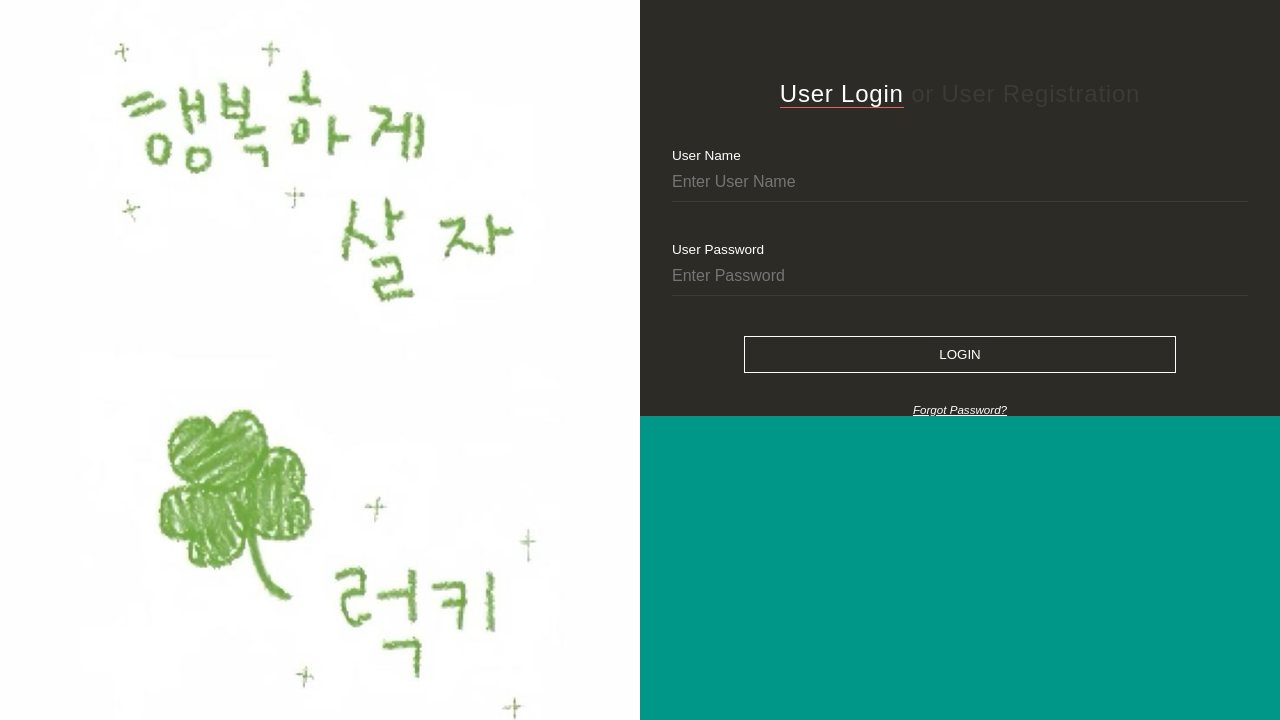
Repository: rwanda95do/bitcamp
Page: FrontProject/src/main/webapp/html/login.html
These files come from the project's save history. The page is drawn as it stood at one moment and after the next save; the edit follows.
The browser window is 1280 px wide. The pictures show the whole page.

Above is the page before, as saved 2024-08-30 08:01:47.

### FrontProject/src/main/webapp/html/login.html
<!DOCTYPE html>
<html lang="en">
<head>
<meta charset="UTF-8">
<meta name="viewport" content="width=device-width, initial-scale=1.0">
<title>Flexbox Layout</title>
<style>
body {
	margin: 0;
	height: 100vh;
	display: flex;
	flex-direction: row;
}

.left, .right {
	flex: 2; /* 두 영역을 동일하게 나눕니다 */
	height: 100%;
}

.left {
	background-color: #f8b400;
	overflow: hidden;
}
.left img{
	width: 100%;
	height: 100%;
	object-fit: cover;

}


.right {
	background-color: #009688;
}

/*--------------*/

:root {
	--highlight: #de6262;
	--darkColor: #2c2b26;
}
html, body {
	width: 100%;
	height: 100%;
	font-family: "Montserrat", sans-serif;
	font-size: 100%;
}
a {
	transition: all 0.3s ease-in-out;
}
.container {
	position: relative;
	width: 100%;
	height: 100%;
	display: table;
}
.centered-container {
	position: relative;
	width: 90%;
	margin: 0 auto;
}
#slider-intro, .user-forms {
	display: table-cell;
	width: 50%;
	height: 100%;
	position: relative;
	margin: 0;
	padding: 0;
}
#slider-intro {
	background: var(--highlight);
	overflow: hidden;
}
#slider-intro img {
	position: absolute;
	height: 110%;
	width: 110%;
	-webkit-filter: blur(40px);
	top: -5%;
	left: -5%;
}
#slider-intro .filter {
	position: absolute;
	top: 0;
	display: none;
	left: 0;
	width: 100%;
	height: 100%;
	background: rgba(222, 98, 98, 0.75); /* rgba에서 색상 값으로 변환 */
}
.user-forms {
	background: var(--darkColor);
}

.user-forms h2 {
	text-align: center;
	color: #3e3a36; /* lighten(#2c2b26, 10) 색상 값으로 변환 */
	font-weight: normal;
	letter-spacing: 0.0326em;
	margin-top: 80px;
	margin-bottom: 40px;
}
.user-forms h2 span {
	cursor: pointer;
}
.user-forms h2 .selected-login {
	color: white;
	border-bottom: 1px solid var(--highlight);
}

/* 회원가입 안보임*/
.user-forms .user-regist {
	display: none;
}
label, input[type="password"], input[type="text"], input[type="email"] {
	display: block;
	width: 100%;
}

label {
	color: white;
	font-size: 0.85em;
	font-weight: normal;
}
input[type="password"], input[type="text"], input[type="email"] {
	border: none;
	background: none;
	border-bottom: 1px solid #3e3a36; /* lighten(#2c2b26, 10) 색상 값으로 변환 */
	margin-bottom: 40px;
	padding: 10px 0;
	color: var(--highlight);
	font-size: 1em;
	transition: border 0.45s ease-in-out;
}
input[type="password"]:focus, input[type="text"]:focus, input[type="email"]:focus
	{
	box-shadow: none;
	outline: none;
	border-color: var(--highlight);
}

.submit-btn {
	background: transparent;
	border: 1px solid white;
	width: 75%;
	padding: 10px 0;
	margin: 0 12.5%;
	color: white;
	position: relative;
	transition: all 0.45s ease-in-out;
}
.submit-btn:hover {
	background: var(--highlight);
	color: white;
	border-color: var(--highlight);
}
.inline-label {
	display: initial;
	margin-bottom: 30px;
}

/*forgot password*/
.misc-links {
	color: white;
	margin-top: 30px;
	display: block;
	text-align: center;
	font-size: 0.725em;
	font-style: italic;
}
.misc-links:hover {
	color: var(--highlight);
}

</style>
</head>
<body>
	<div class="left">
		<img alt="" src="../image/login01.jpg">
	</div>

	<!--  -->
	<div class="right">
		<div class="user-forms">
				<div class="centered-container">
					<h2 id="select-form">
						<span class="selected-login" data-user-form="user-login">User
							Login</span> or <span data-user-form="user-regist">User
							Registration</span>
					</h2>
					<div class="user-login user-form">
						<form id="user-login">
							<label for="user-name">User Name</label> <input type="text"
								id="user-name" placeholder="Enter User Name" /> <label
								for="user-pass">User Password</label> <input type="password"
								id="user-pass" placeholder="Enter Password" />
							<button class="submit-btn">LOGIN</button>
							<a href="#" class="misc-links">Forgot Password?</a>
						</form>
					</div>
					<div class="user-regist user-form">
						<form id="user-regist">
							<label for="regist-name">Name</label> <input type="text"
								id="regist-name" placeholder="Enter Name" /> <label
								for="regist-usr">User Name</label> <input type="text"
								id="regist-usr" placeholder="Enter Username" /> <label
								for="regist-email">Email</label> <input type="email"
								id="regist-email" placeholder="Enter Email" /> <label
								for="regist-pass">Password</label> <input type="password"
								id="regist-pass" placeholder="Enter New Password" /> <input
								type="checkbox" id="understood-terms" /> <label
								for="understood-terms" class="inline-label">I understood
								and agree with the terms and conditions.</label> <br />
							<br />
							<br />
							<button class="submit-btn">SIGN UP</button>
						</form>
					</div>
				</div>
			</div>
	</div>
</body>
</html>

After the next save:
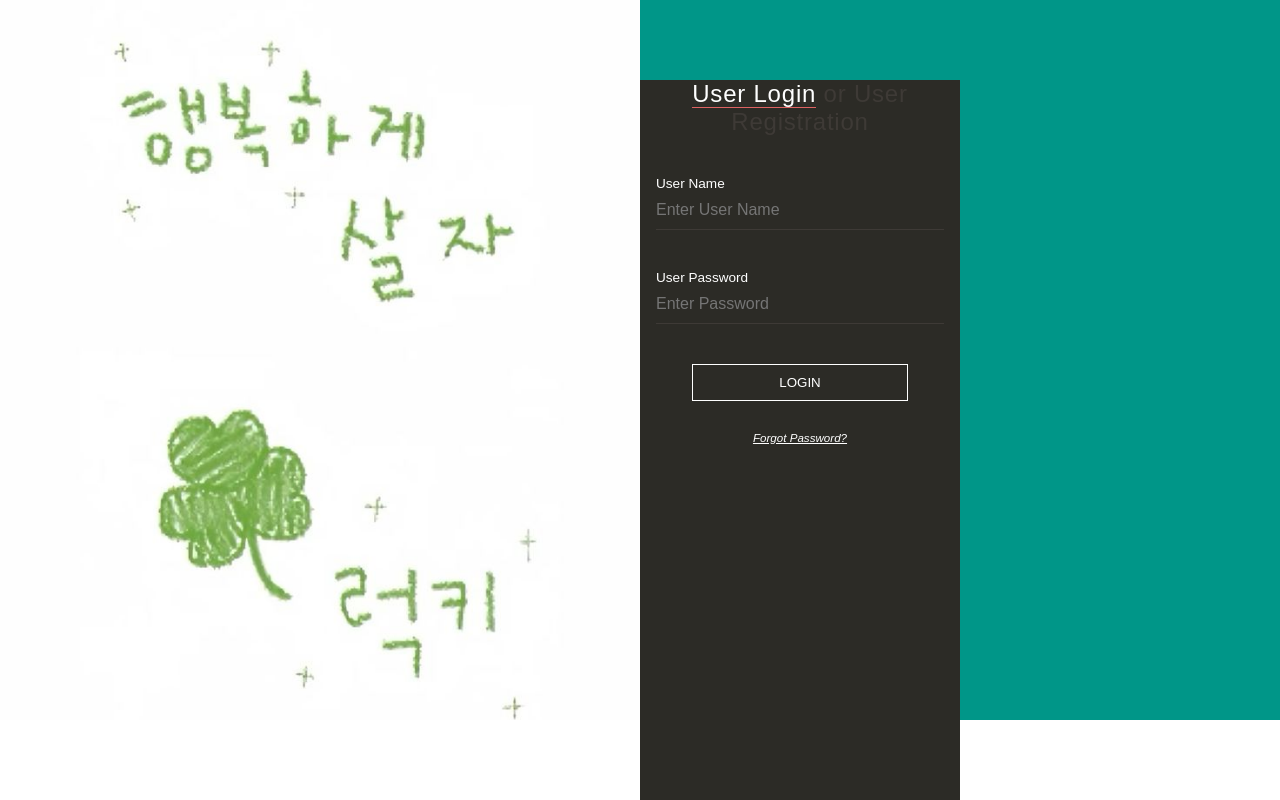
Saved 82 s later.
--- a/FrontProject/src/main/webapp/html/login.html
+++ b/FrontProject/src/main/webapp/html/login.html
@@ -60,7 +60,7 @@
 	margin: 0 auto;
 }
 #slider-intro, .user-forms {
-	display: table-cell;
+	/*display: table-cell;*/
 	width: 50%;
 	height: 100%;
 	position: relative;

After the save that followed:
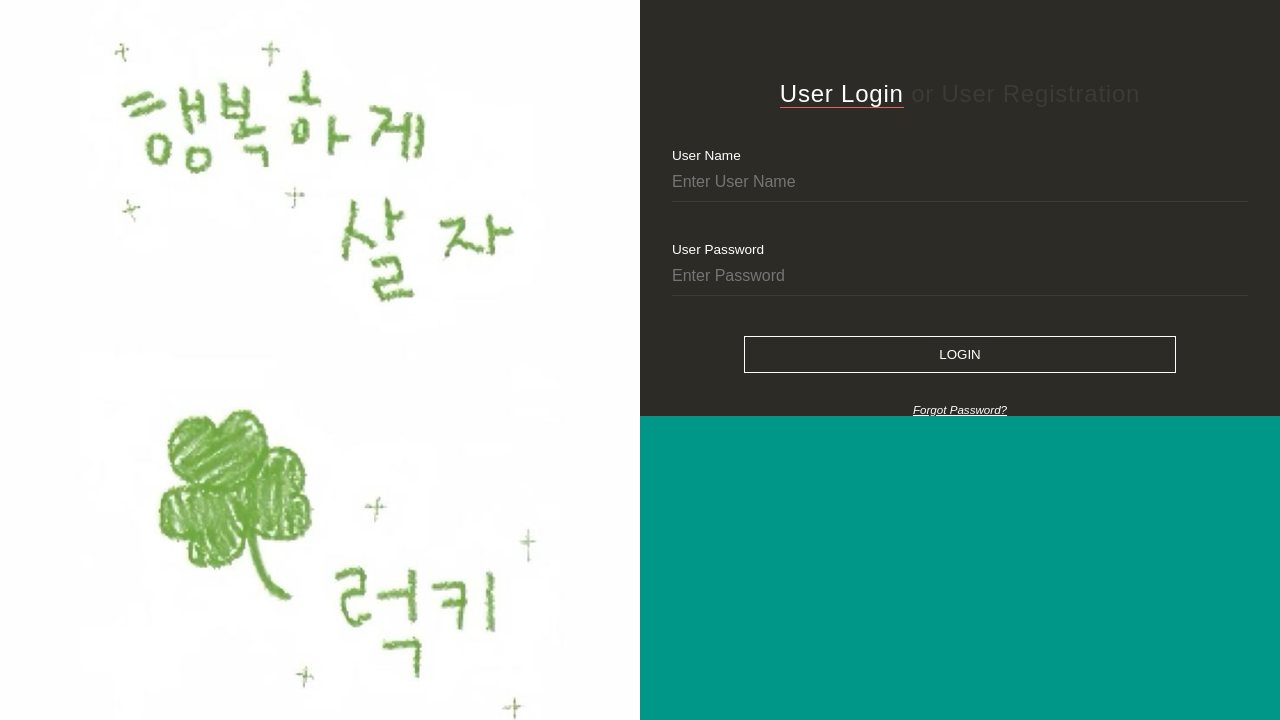
Saved 27 s later.
--- a/FrontProject/src/main/webapp/html/login.html
+++ b/FrontProject/src/main/webapp/html/login.html
@@ -60,7 +60,7 @@
 	margin: 0 auto;
 }
 #slider-intro, .user-forms {
-	/*display: table-cell;*/
+	display: table-cell;
 	width: 50%;
 	height: 100%;
 	position: relative;
